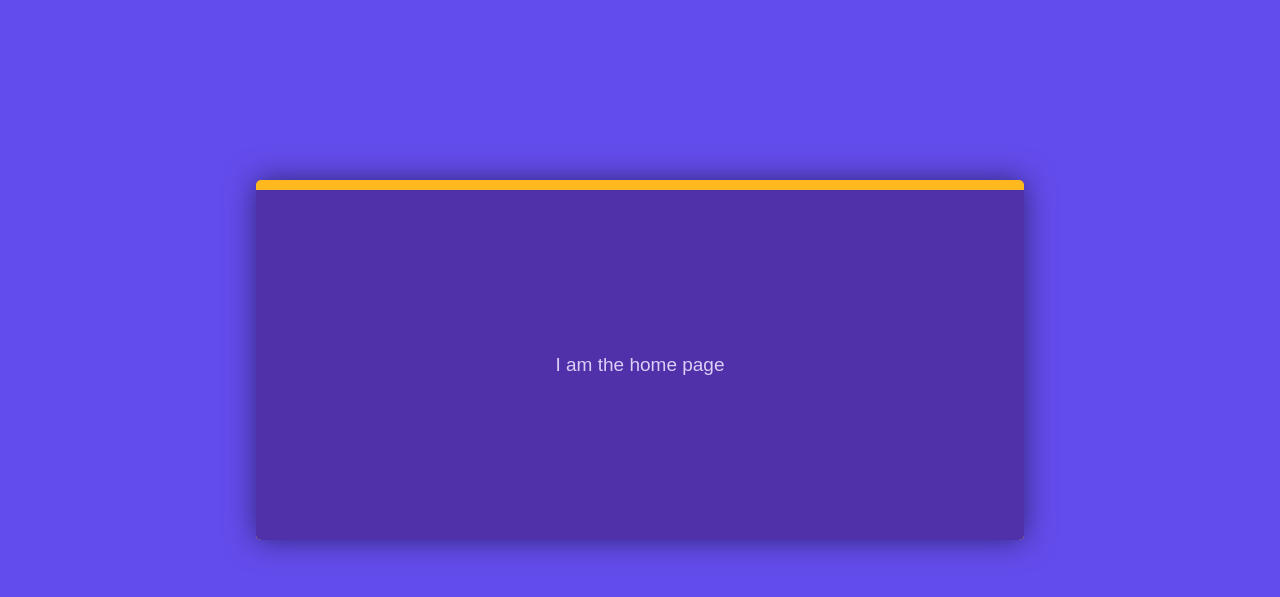
Repository: realistmccoy/browsertab
Page: /
The author's editor kept a copy of each file at every save. The page is drawn from the files as they stood at one save, then again after a run of saves.
The browser window is 1280 px wide. The pictures show the whole page.
The project was rebuilt for these pictures with package versions that can differ from the ones it lists, and the page was loaded fresh each time. Also part of the build but not shown: src/pages/About.js, src/pages/Contact.js.

Above is the page before, as saved 2020-12-21 20:32:27.

After the next 3 saves:
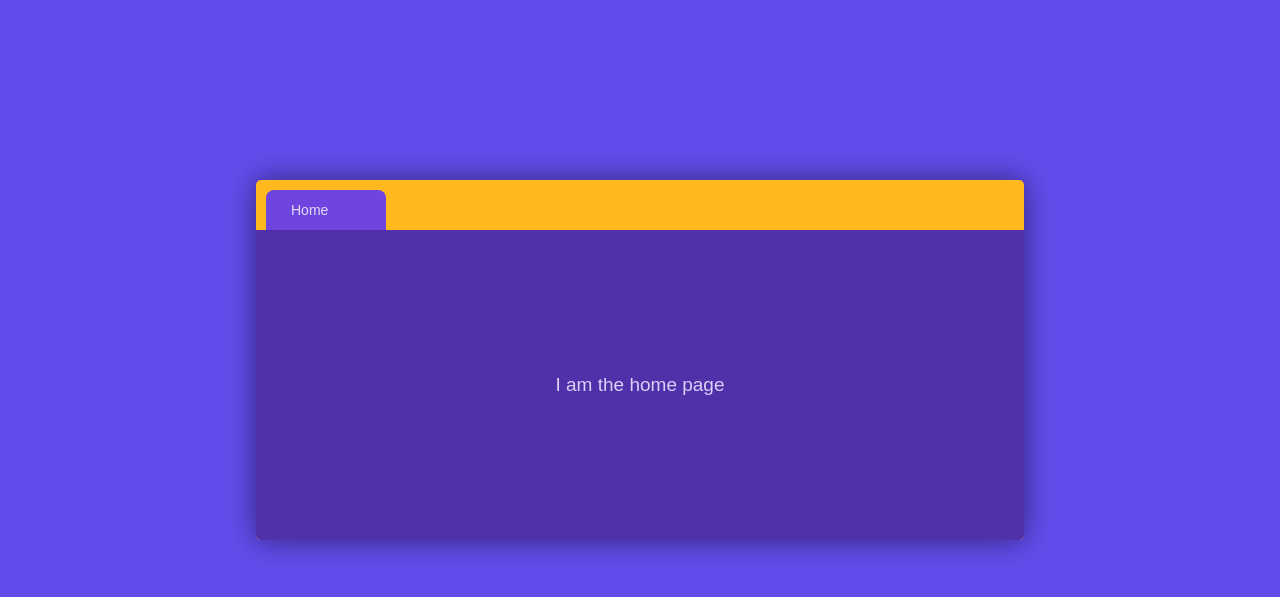
The 3 saves are shown as one change because 2 did not build or start.
The last was saved 3 min 38 s later.
--- a/src/components/Tab.js
+++ b/src/components/Tab.js
@@ -21,9 +21,9 @@ function Tab({ children }) {
 
 	return (
 		<div className='tab' onMouseOut={hideHighlight} onMouseMove={moveHighlight}>
-			<div className='highlight' style={highlightStyle}>
+			<div className='highlight' style={highlightStyle} />
 				{children}
-			</div>
+
 		</div>
 	);
 }
